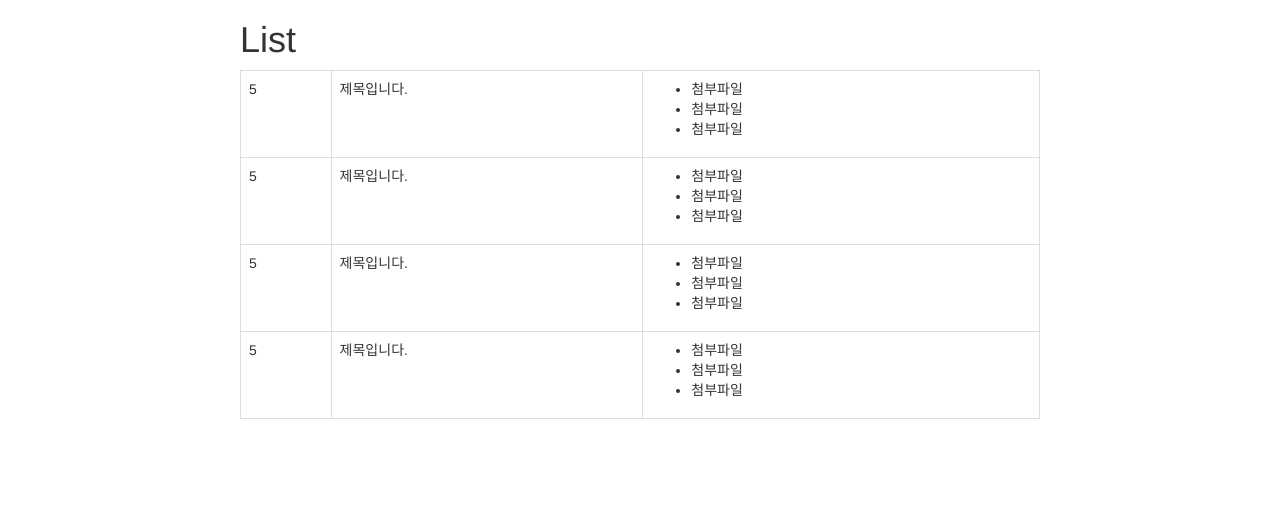
Repository: chanjin5212/Full-Stack-study
Page: http://localhost/SpringFile/WEB-INF/views/list.jsp
These files come from the project's save history. The page is drawn as it stood at one moment and after the next save; the edit follows.
The browser window is 1280 px wide. The pictures show the whole page.
The page is served by Tomcat 9. Nobody is signed in. The template is opened directly, without the code that normally fills it, so the values that code supplies are empty.

Above is the page before, as saved 2022-07-28 02:19:53.

After the next save:
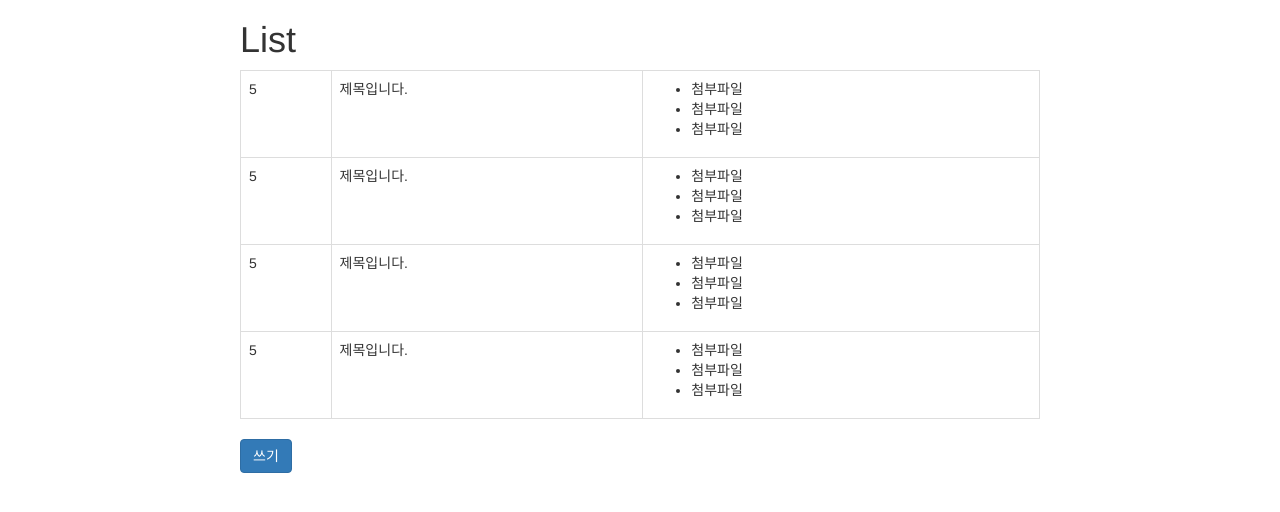
Saved 54 s later.
--- a/spring/SpringFile/src/main/webapp/WEB-INF/views/list.jsp
+++ b/spring/SpringFile/src/main/webapp/WEB-INF/views/list.jsp
@@ -67,6 +67,11 @@
 			</tr>
 		</table>
 
+		<div>
+			<input type="button" value="쓰기" class="btn btn-primary"
+				onclick="location.href='/spring/write';">
+		</div>
+
 	</main>
 
 
